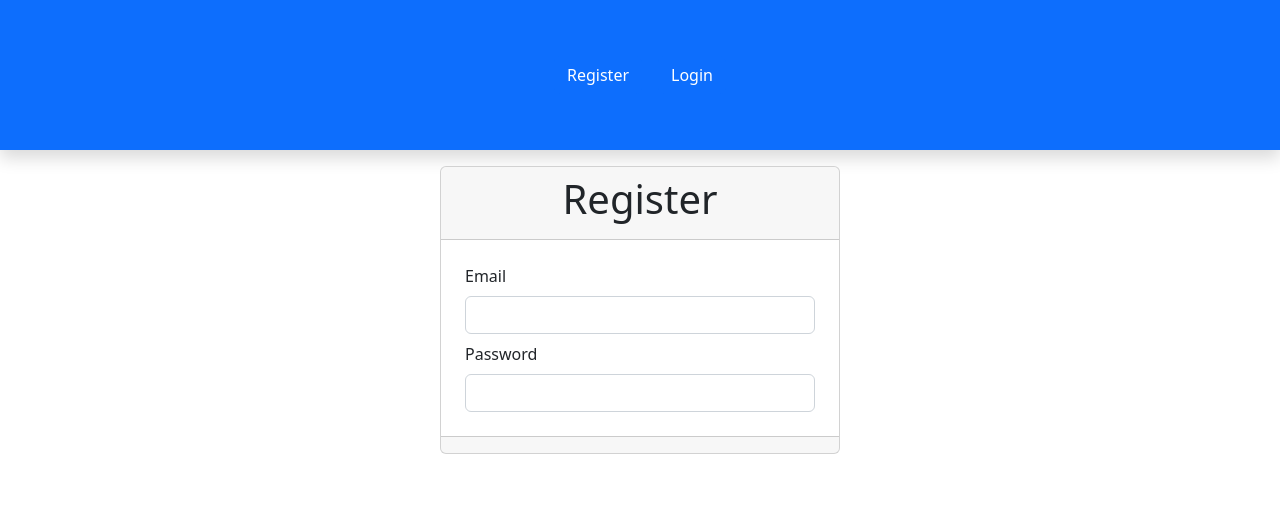
Repository: loveleii/firebase-login-logout
Page: /
These files come from the project's save history. The page is drawn as it stood at one moment and after a run of saves; the edit follows.
The browser window is 1280 px wide. The pictures show the whole page.
The project was rebuilt for these pictures with package versions that can differ from the ones it lists, and the page was loaded fresh each time. Also part of the build but not shown: vite.config.ts, src/views/loginView.vue, src/assets/main.css.

Above is the page before, as saved 2023-03-04 19:43:29.

After the next 2 saves:
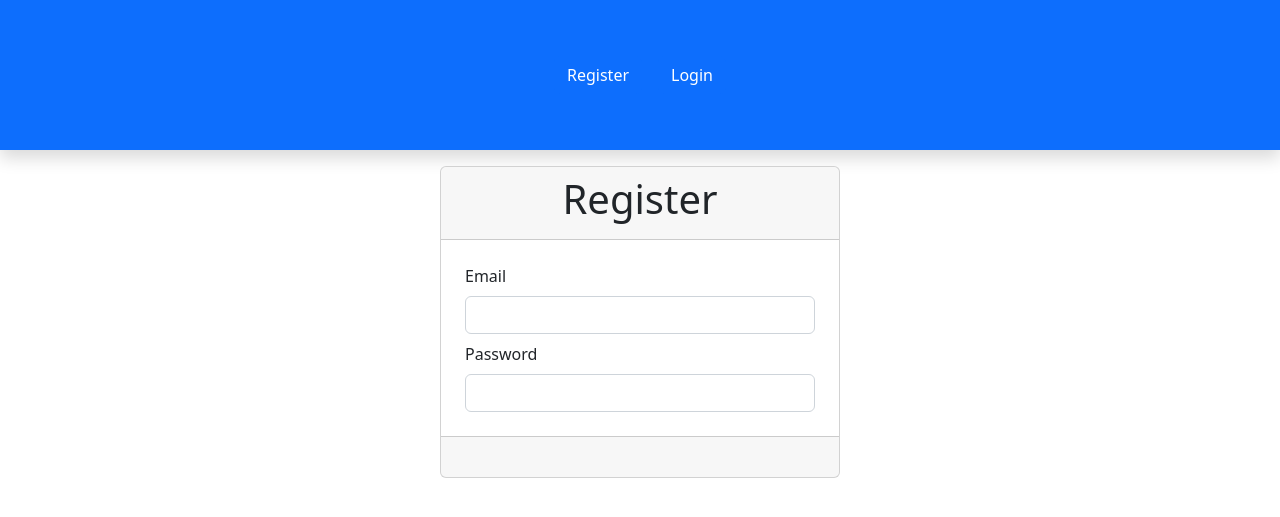
The 2 saves are shown as one change because they came seconds apart.
The last was saved 8 s later.
--- a/src/views/registerView.vue
+++ b/src/views/registerView.vue
@@ -17,7 +17,7 @@
         </div>
         <div class="card-footer">
             <div class="form-group">
-
+                <button class="btn btn-"></button>
             </div>
         </div>
     </div>
